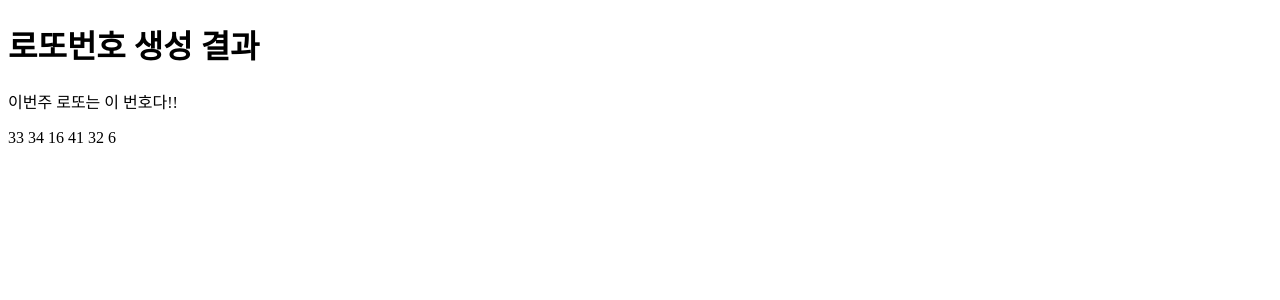
Repository: markahn02050/jsp_practice
Page: http://localhost/JSPBasic/JspTag/TagQ03.jsp
These files come from the project's save history. The page is drawn as it stood at one moment and after the next save; the edit follows.
The browser window is 1280 px wide. The pictures show the whole page.
The page is served by Tomcat 9.

Above is the page before, as saved 2022-02-03 01:22:25.

After the next save:
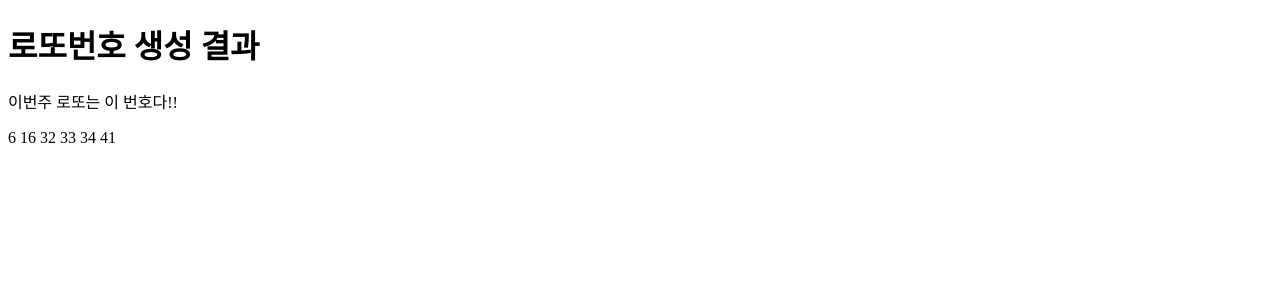
Saved 2 min 13 s later.
--- a/JSPBasic/src/main/webapp/JspTag/TagQ03.jsp
+++ b/JSPBasic/src/main/webapp/JspTag/TagQ03.jsp
@@ -1,6 +1,6 @@
 <%@ page language="java" contentType="text/html; charset=UTF-8"
     pageEncoding="UTF-8"%>
-<%@ page import = "java.util.ArrayList" %>
+<%@ page import = "java.util.*" %>
 <!DOCTYPE html>
 <html>
 <head>
@@ -34,11 +34,12 @@
 			}
 		}
 
-
+		Collections.sort(lotto);
 
 		for(Integer i : lotto){
 
 			out.println(i + " ");
+
 			out.flush();
 		}
 
